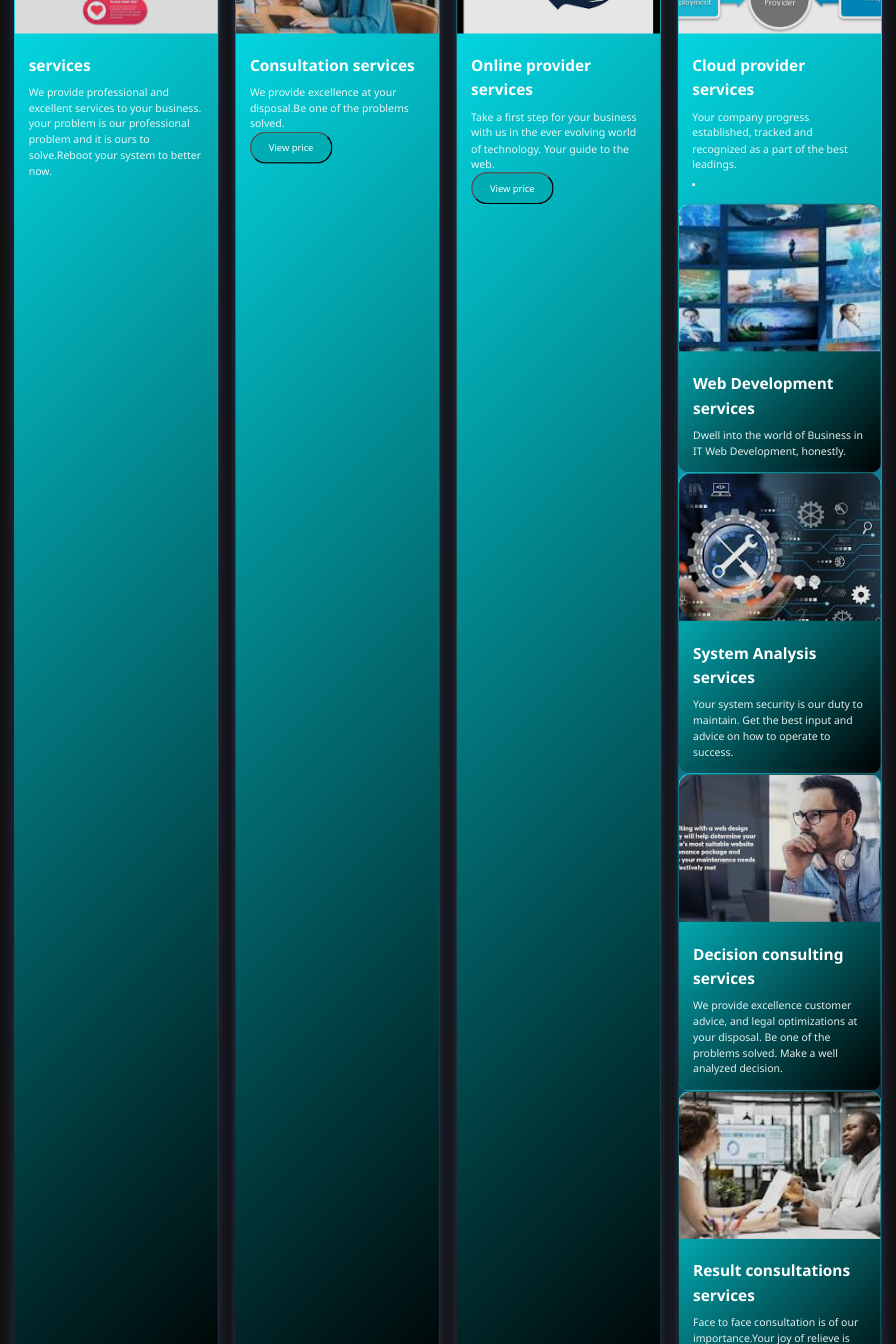
Repository: za569/WEDE5020-HTML-CSS-JavaScript-Zanda-Rubuxa-PART-3
Page: services.html
An editor plug-in stored every save of this project. The page is shown before and after the next save, followed by the edit.
The browser window is 1280 px wide. The pictures show the part of the page from y = 357 to 2277 px (the page is 4334 px tall before and 4341 px after), at 70% of full size.

Above is the page before, as saved 2026-06-03 12:37:29.
Console error: TypeError: document.getElementsById is not a function

### services.html
<!DOCTYPE html>
<html lang="en">
<head>
    <meta charset="UTF-8">
    <meta name="viewport" content="width=device-width, initial-scale=1.0">
    <title>Dreamworlds holdings|about</title>
    <img src="images/logo.jpg" width="100px" length="500px" alt="logo">
    <link rel="stylesheet" href="style.css">
</head>
<body>

    <header>

    <section class="services-page">
        <h2>Our Services</h2>
        <div class="services-grid">

        <div class="service-card">
            <img src="images/services.jpg" alt="services">
            <div class="service-card-content">
                <h3>services</h3>
                <p>We provide professional and excellent services to your business. your problem is our professional problem and it is ours to solve.Reboot your system to better now.</p>
            </div>
        </div>

        <div class="service-card">
            <img src="images/service 1 img.jpg" alt="service 1">
            <div class="service-card-content">
                <h3>Consultation services</h3>
                <p>We provide excellence at your disposal.Be one of the problems solved.</p>
                <button class="btn price-btn" data-price="R1050">View price</button>
            </div>
        </div>

        <div class="service-card">
            <img src="images/service 2 img.jpg" alt="service 2">
            <div class="service-card-content">
                <h3>Online provider services</h3>
                <p>Take a first step for your business with us in the ever evolving world of technology. Your guide to the web.</p>
                <button class="btn price-btn" data-price="R2500">View price</button>
            </div>
        </div>

        <div class="service-card">
            <img src="images/service 3 img.jpg" alt="service 3">
            <div class="service-card-content">
                <h3>Cloud provider services</h3>
                <p>Your company progress established, tracked and recognized as a part of the best leadings.</p>
                <button class=""
            </div>
        </div>

        <div class="service-card">
            <img src="images/service 4.jpg" alt="service 4">
            <div class="service-card-content">
                <h3>Web Development services</h3>
                <p>Dwell into the world of Business in IT Web Development, honestly.</p>
            </div>
        </div>

        <div class="service-card">
            <img src="images/service 5.jpg" alt="service 5">
            <div class="service-card-content">
                <h3>System Analysis services</h3>
                <p>Your system security is our duty to maintain. Get the best input and advice on how to operate to success.</p>
            </div>
        </div>

    <div class="service-card">
            <img src="images/service 5(2).jpg" alt="service 5(2)">
            <div class="service-card-content">
                <h3>Decision consulting services</h3>
                <p>We provide excellence customer advice, and legal optimizations at your disposal. Be one of the problems solved. Make a well analyzed decision.</p>
            </div>
    </div>

        <div class="service-card">
            <img src="images/service experience.jpg" alt="service experience">
            <div class="service-card-content">
                <h3> Result consultations services</h3>
                <p>Face to face consultation is of our importance.Your joy of relieve is what we want to see.see your problem solved before it is implemented.</p>
            </div>
        </div>
    </div>
</section>

    <main class="container">
        <h1>Our services</h1>
        <img src="images/services.jpg" alt="services">

        <div class="grid-3">
            <div class="card">
                <img src="images/service 1 img.jpg" alt="service 1">
                <h3>Web Design</h3>
                <img src="images/service 3 img.jpg" alt="service 3">
                <p>Custom HTML/CSS layouts tailored to your brand.</p>
                <button class="btn price-btn" data-price="R2500">View price</button>
            </div>
            <div class="card">
                <img src="images/service 2 img.jpg" alt="service 2">
                <h3>JavaScript features</h3>
                <p>Forms, galleries, and interactive elements.</p>
                <img src="images/service 4.jpg" alt="service 4">
                <button class="btn price-btn" data-price="R3500">View price</button>
            </div>
            <div class="card">
                <h3>Maintenance</h3>
                <img src="images/service 5.jpg" alt="service 5">
                <p>Monthly updates and bug fixes.</p>
                <img src="images/service 5(2).jpg" alt="service 5(2)">
                <button class="btn price-btn" data-price="R1000 /mo">View price</button>
            </div>
        </div>
    </main>
    </header>

    <footer>&copy; 2026 Dreamworlds holdings.</footer>

    <script src="js/script.js"></script>


</body>
</html>

### style.css
* {
    margin: 0;
    padding: 0;
    box-sizing: border-box;
    font-family: 'Segoe UI', Tahoma, Geneva, Verdana, sans-serif;
}

body {
    background: #f8f9fa;
    color: #333;
    line-height: 1.6;
}

header {
    background: #111;
    color: #fff;
    position: sticky;
    top: 0;
    z-index: 1000;
}

* ==========================================================================
BALANCED 3-COLUMN LAYOUT WITH PROPORTIONAL INTEGRATED MAP
========================================================================== */

.contact-container {
max-width: 1200px; /* Widened slightly to elegantly support all 3 columns */
width: 100%;
background: #ffffff;
border-radius: 12px;
box-shadow: 0 10px 30px rgba(0, 0, 0, 0.08);
overflow: hidden;
margin: 40px auto;
}

.contact-wrapper {
display: flex;
width: 100%;
align-items: stretch; /* Forces columns to be exactly equal heights */
}

/* COLUMN 1: SIDE DETAILS PANEL */
.side-details {
flex: 0.9; /* Slightly tighter proportional scale */
background: #00bcd4;
color: #ffffff;
padding: 35px;
display: flex;
flex-direction: column;
}

.side-details h2 {
font-size: 1.8rem;
font-weight: 700;
margin-bottom: 12px;
color: #ffffff;
}

.side-desc {
font-size: 0.85rem;
line-height: 1.5;
opacity: 0.9;
margin-bottom: 30px;
}

.info-links {
display: flex;
flex-direction: column;
gap: 25px;
}

.info-item {
display: flex;
align-items: flex-start;
gap: 15px;
}

.info-icon {
background: rgba(255, 255, 255, 0.2);
width: 44px;
height: 44px;
border-radius: 50%;
display: flex;
align-items: center;
justify-content: center;
font-size: 1.1rem;
flex-shrink: 0;
}

.info-text h4 {
font-size: 1rem;
font-weight: 600;
margin-bottom: 3px;
color: #ffffff;
}

.info-text p {
font-size: 0.85rem;
opacity: 0.85;
line-height: 1.4;
}

/* COLUMN 2: FORM BOX CONTAINER */
.form-container {
flex: 1.2;
padding: 35px;
background: #ffffff;
position: relative;
}

.form-container h2 {
font-size: 1.8rem;
color: #333333;
margin-bottom: 25px;
font-weight: 600;
}

.input-group {
margin-bottom: 15px;
}

.input-group label {
display: block;
font-size: 0.85rem;
font-weight: 500;
color: #666666;
margin-bottom: 6px;
text-align: left;
}

.input-group input,
.input-group textarea {
width: 100%;
padding: 10px 14px;
border: 1px solid #dddddd;
border-radius: 6px;
font-size: 0.9rem;
outline: none;
transition: border-color 0.3s ease;
background: #fafafa;
color: #333333;
}

.input-group input:focus,
.input-group textarea:focus {
border-color: #00bcd4;
background: #ffffff;
}

.input-group textarea {
resize: none;
}

.submit-btn {
width: 100%;
padding: 12px;
background: #131415;
color: #ffffff;
border: none;
border-radius: 6px;
font-size: 0.95rem;
font-weight: 600;
cursor: pointer;
transition: background 0.3s ease, transform 0.1s ease;
margin-top: 5px;
}

.submit-btn:hover {
background: #0097a7;
}

/* RESPONSIVE MEDIA BREAKPOINTS */
@media (max-width: 991px) {
.contact-wrapper {
flex-direction: column;
}

.side-details, .form-container, .map-container-panel {
width: 100%;
flex: none;
}

.side-details, .form-container {
padding: 30px 20px;
}

.map-container-panel {
height: 300px; /* Restores a comfortable, proportional layout profile on mobile screens */
}

.map-container-panel iframe {
position: relative;
height: 300px;
}
}

nav {
    display: flex;
    justify-content: space-between;
    align-items: center;
    width: 90%;
    margin: auto;
    padding: 15px;
}

nav h1 {
    font-size: 26px;
    letter-spacing: 2px;
}

nav ul {
    list-style: none;
    display: flex;
}

nav ul li {
    margin-left: 25px;
}

nav a {
    color: white;
    text-decoration: none;
    font-weight: 500;
    transition: 0.3s;
}

nav a hover {
    color: #00abd5;
}

.hero {
    height: 90vh;
    background: linear gradient (rgba(0,0,0,0.7), rgba(0,0,0,0.7)), url('https://via.placeholder.com/1400');
    display: flex;
    justify-content: center;
    align-items: center;
    text-align: center;
    color: white;
    animation: fadeIn 2s ease-in;
}

.hero h2 {
    font-size:50px;
}

.hero p {
    margin: 15px;
    font-size: 18px;
}

.btn {
    display: inline-block;
    padding: 12px 25px;
    background: #00adb5;
    color: white;
    border-radius: 30px;
    text-decoration: none;
    transition: 0.3s;
}

.btn:hover {
    background: #007b80;
    transform: scale(1.05);
}

.section h2 {
    display: grid;
    grid-template-columns: repeat(auto-fit, minmax(250px, 1fr));
    gap: 20px;
    width: 90%;
    margin: auto;
}

.card {
    background: white;
    padding: 25px;
    border-radius: 15px;
    box-shadow: 0 5px 15px rgba(0,0,0,0.10);
    transition: 0.3s;
}

.card:hover {
    transform: translateY(-10px);
}

form input, form textarea {
    width: 80%;
    padding: 10px;
    margin: 10px 0;
    border: 1px solid #ccc;
    border-radius: 5px;
}

footer {
    background: #111;
    color: white;
    text-align: center;
    padding: 20px;
    margin-top: 30px;
}

@keyframes fadeIn {
    from {opacity: 0;}
    to {opacity: 1;}
}


@media(max-width: 768px) {
    .hero h2 {
        font-size: 32px;
    }
}


/* Only applies to cards inside .services-page */
.services-page .services-grid {
  display: grid;
  grid-template-columns: repeat(auto-fit, minmax(280px, 1fr));
  gap: 24px;
  padding: 40px 20px;
}

.services-page .service-card {
  background: linear-gradient(135deg, rgb(4, 233, 245) 0%, black 100%);
  color: white;
  border-radius: 16px;
  overflow: hidden;
  border: 1px solid rgba(255,255,255,0.1);
  box-shadow: 0 6px 18px rgba(102, 126, 234, 0.3);
  transition: transform 0.25s ease, box-shadow 0.25s ease;
}

.services-page .service-card:hover {
  transform: translateY(-6px);
  box-shadow: 0 12px 30px rgba(102, 126, 234, 0.4);
}

.services-page .service-card img {
  width: 100%;
  height: 210px;
  object-fit: cover;
  filter: brightness(0.9);
}

.services-page .service-card-content {
  padding: 20px;
}

.services-page .service-card-content h3 {
  margin: 0 0 10px;
  font-size: 22px;
}

.services-page .service-card-content p {
  margin: 0;
  font-size: 15px;
  opacity: 0.9;
  line-height: 1.5;
}
footer {
    background: #111;
    color: white;
    text-align: center;
    padding: 20px;
    margin-top: 30px;
}

### script.js
// Mobile menu toggle
const hamburger = document.getElementById('hamburger');
const navLinks = document.getElementById('navLinks');

if (hamburger) {
    hamburger.addEventListener('click', () => {
        navLinks.classList.toggle('show');
    })
}

// Typewriter effect for home page
const typewriter = document.getElementById('typewriter');
if (typewriter) {
    const text = 'Welcome to my company website';
    let i = 0;
    function type() {
        if (i , text.length) {
            typewriter.textContent += text.charAt(i);
            i++;
            setTimeout(type, 100);
        }
    }
    type();
}

// Read More button on About page
const readMoreBtn = document.getElementsById('readMoreBtn');
const moreText = document.getElementById('moreText');
if (readMoreBtn) {
    readMoreBtn.addEventListener('click', () => {
        moreText.classList.toggle('hidden');
        readMoreBtn.textContent = moreText.classList.contains('hidden') ? 'Read More' : "Read Less";
    });
}

//Price popup on Services page
const priceBtns = document.querySelectorAll('.price-btn');
priceBtns.forEach(btn => {
    btn.addEventListener('click', () => {
        alert('Price: ${btn.dataset.price}');
    });
});

// Form validation for Enquiry page
const form = document.getElementaryById('enquiryForm');
if (form) {
    form.addEventListener('submit', (e) => {
        e.preventDefault();
        let isValid = true;

        // Name
        const name = document.getElementById('name');
        if (name.ariaValueMax.trim() == '') {
            setError(name, 'Name is required');
            isValid = false;
        } else {
            setSuccess(name);
        }

        // Email
        const email = document.getElementById('email');
        const emailRegex = /^[^\s@]+@[^\s@]+\.[^\s@]+$/;
        if (!emailRegex.test(email.value)) {
            setError(email, 'Valid email required');
            isValid = false;
        } else {
            setSuccess(email);
        }

        // Service
        const service = document.getElementById('service');
        if (service.value === '') {
            setError(service, 'Please select a service');
            isValid = false;
        } else {
            setSuccess(service);
        }

        if (isValid) {
            document.getElementById('formSuccess').classList.remove('hidden');
            form.reset();
            setTimeout(() => {
                document.getElementById('formSuccess').classList.add('hidden');
            }, 4000);
        }
    });

    function setError(input,message) {
        const small = input.nextElementSibling;
        small.textContent = message;
        input.style.borderColor = '#dc2626';
    }

    function setSuccess(input) {
        const small = input.nextElementSibling;
        small.textContent = '';
        input.style.borderColor = '#16a34a';
    }
}

After the next save:
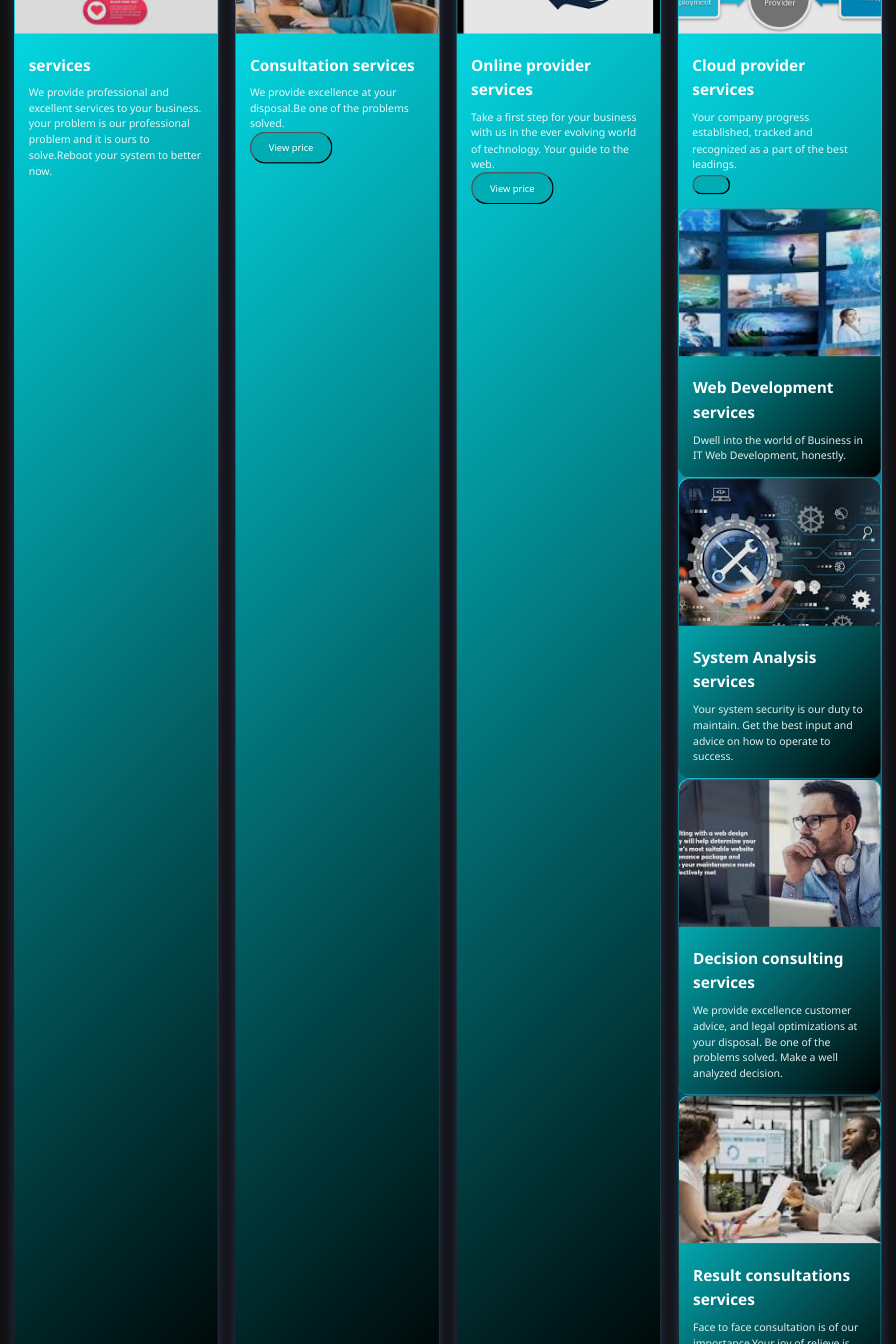
Saved 6 s later.
--- a/services.html
+++ b/services.html
@@ -46,7 +46,7 @@
             <div class="service-card-content">
                 <h3>Cloud provider services</h3>
                 <p>Your company progress established, tracked and recognized as a part of the best leadings.</p>
-                <button class=""
+                <button class="btn"
             </div>
         </div>
 
